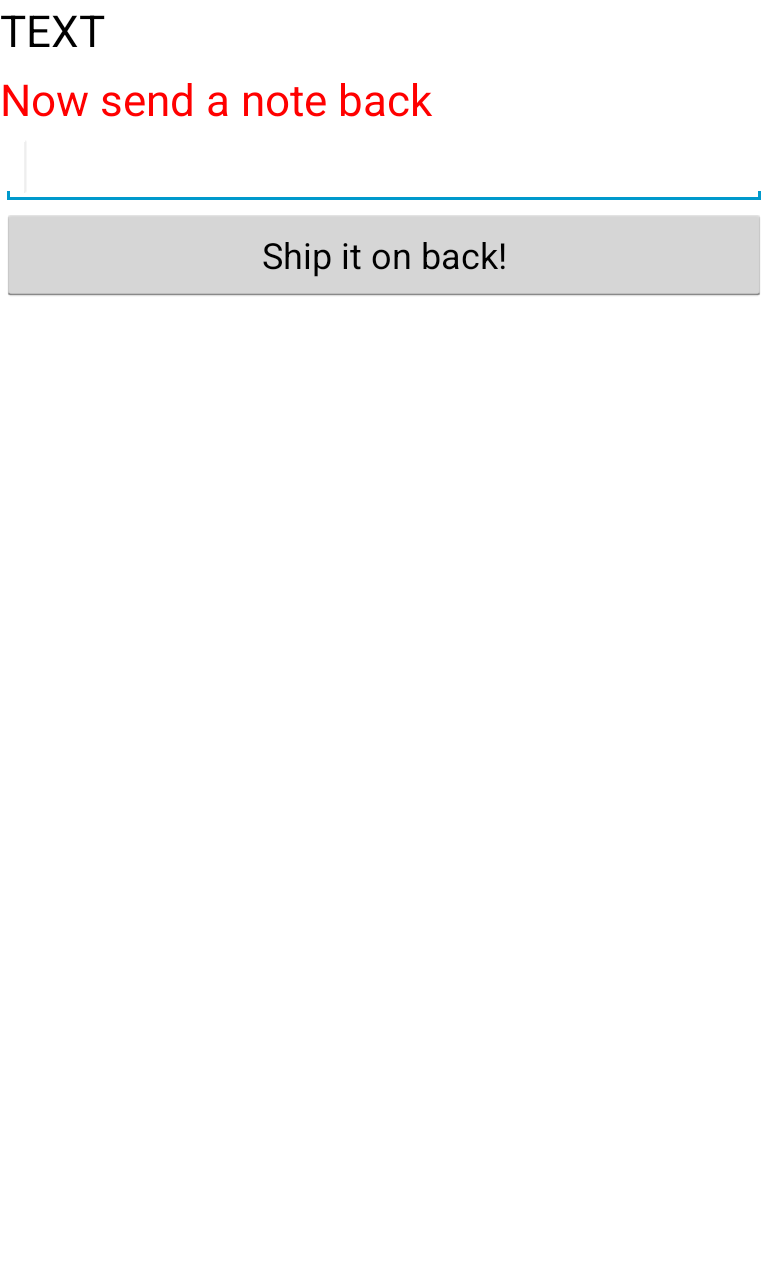
Repository: fsoDannis/FSO_JAVAII
Layout: JavaII_Week1/res/layout/activity_subscreen.xml
The author's editor kept a copy of each file at every save. The layout is drawn from the files as they stood at one save, then again after the next save.
It is drawn on a 768 x 1280 px phone screen (xhdpi) without system bars, with theme AppTheme; the app's code is not run.

Above is the layout before, as saved 2013-05-10 00:44:24.

After the next save:
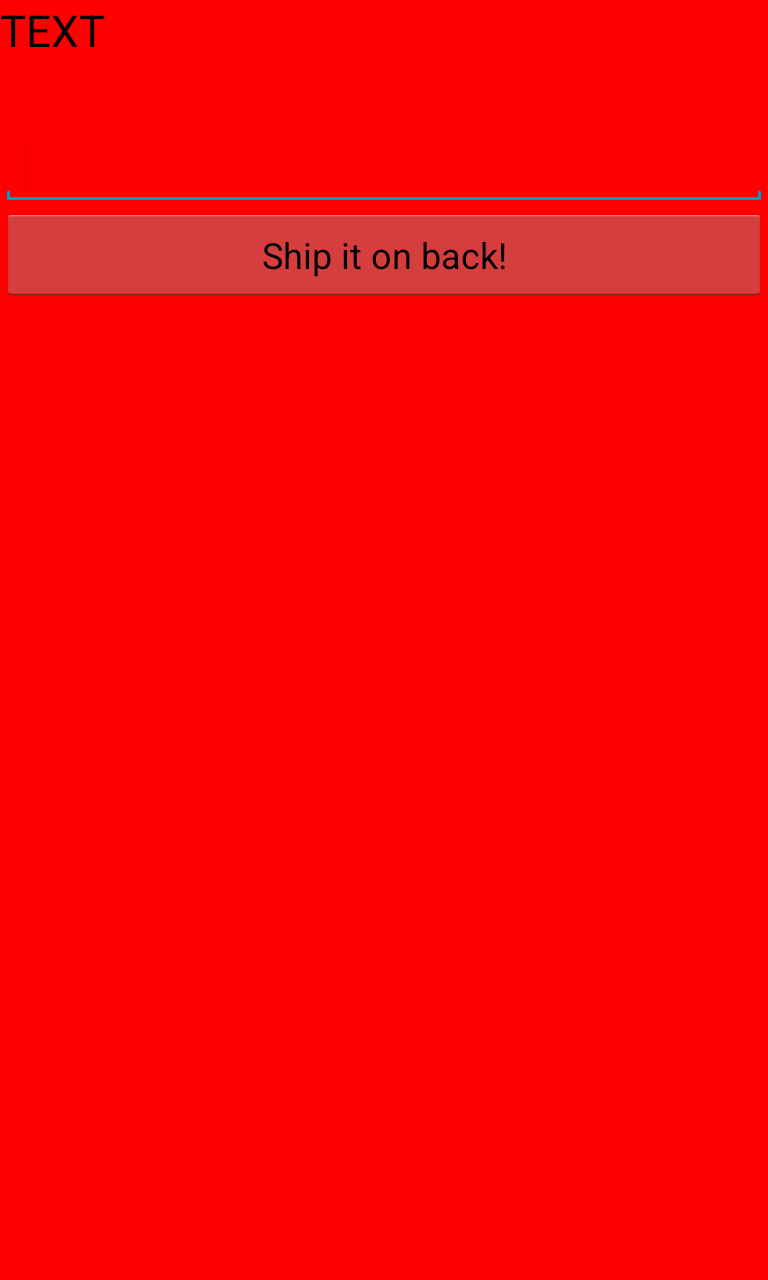
Saved 100 s later.
--- a/JavaII_Week1/res/layout/activity_subscreen.xml
+++ b/JavaII_Week1/res/layout/activity_subscreen.xml
@@ -2,7 +2,8 @@
 <LinearLayout xmlns:android="http://schemas.android.com/apk/res/android"
     android:layout_width="match_parent"
     android:layout_height="match_parent"
-    android:orientation="vertical" >
+    android:orientation="vertical"
+    android:background="#ff0000">
     <TextView
         android:id="@+id/textView1"
         android:layout_width="match_parent"
